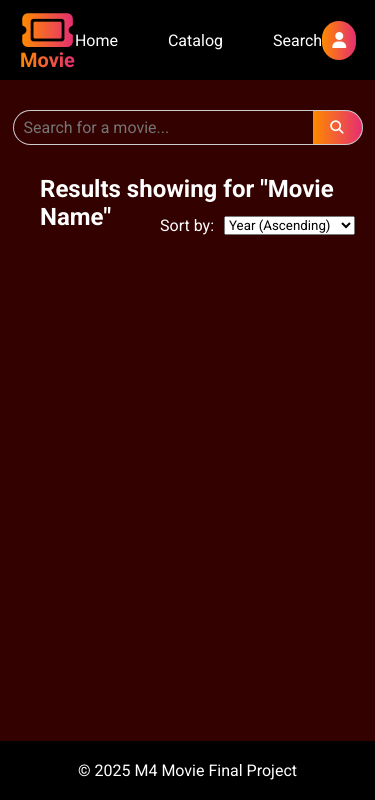
Repository: avivanguyen/m4_movie-FinalProject
Page: index.html
The author's editor kept a copy of each file at every save. The page is drawn from the files as they stood at one save, then again after a run of saves.
The browser window is 375 px wide. The pictures show the whole page.
Some web libraries are served in a nearby version.

Above is the page before, as saved 2025-12-30 08:06:19.

### index.html
<!DOCTYPE html>
<html lang="en">
<head>
    <meta charset="UTF-8">
    <meta name="viewport" content="width=device-width, initial-scale=1.0">
    <title>M4 Movie Final Project</title>
    <link rel="stylesheet" href="styles.css">
    <script src="script.js" defer></script>
    <script src="https://kit.fontawesome.com/2588cf0bac.js" crossorigin="anonymous"></script>
</head>
<body>
    <nav>
        <div class="logo">
            <i class="fa-solid fa-ticket logo__ticket"></i>
            <h1 class="logo__title">Movie</h1>
        </div>
        <ul class="nav-links">
            <li><a href="#">Home</a></li>
            <li><a href="#">Catalog</a></li>
            <li><a href="#">Search</a></li>
        </ul>
        <div class="login">
            <button>
                <a href="#">
                    <i class="fa-solid fa-user login__icon"></i>
                    <span class="login__text">Login</span>
                </a>
            </button>
        </div>
    </nav>
    <main>
        <section class="search-section">
            <input type="text" id="search-input" placeholder="Search for a movie..." onchange="onSearchMovie(event)">
            <button id="search-button"><i class="fa-solid fa-magnifying-glass"></i></button>
        </section>
        <section class="results__section">
            <div id="results__container">
                <div class="breadcrumb">
                    <h2>Results showing for "<span id="search-term">Movie Name</span>"</h2>
                </div>
                <div class="sort">
                    <label for="sort-select">Sort by:</label>
                    <select id="sort-select" onchange="onSortChange(event)">
                        <option value="year-ascending">Year (Ascending)</option>
                        <option value="year-descending">Year (Descending)</option>
                        <option value="title-ascending">Movie Title (A-Z)</option>
                        <option value="title-descending">Movie Title (Z-A)</option>
                    </select>
                </div>
                <div class="loading hidden">
                    <i class="fa fa-spinner fa-spin"></i>
                </div>
                <div class="movie">
                    <div class="movie-card hidden">
                        <div class="movie-card__container" onclick="toggleModal()">
                            <div class="movie__poster">
                                <img src="./assets/movie_poster-placeholder.png" alt="">
                            </div>
                            <div class="movie__title">Movie Title</div>
                            <div class="movie__year">20XX</div>
                        </div>
                    </div>
                    <!-- <div class="movie-card">
                        <div class="movie-card__container" onclick="toggleModal()">
                            <div class="movie__poster">
                                <img src="./assets/movie_poster-placeholder.png" alt="">
                            </div>
                            <div class="movie__title">Movie Title</div>
                            <div class="movie__year">20XX</div>
                        </div>
                    </div>
                    <div class="movie-card">
                        <div class="movie-card__container" onclick="toggleModal()">
                            <div class="movie__poster">
                                <img src="./assets/movie_poster-placeholder.png" alt="">
                            </div>
                            <div class="movie__title">Movie Title</div>
                            <div class="movie__year">20XX</div>
                        </div>
                    </div>
                    <div class="movie-card">
                        <div class="movie-card__container" onclick="toggleModal()">
                            <div class="movie__poster">
                                <img src="./assets/movie_poster-placeholder.png" alt="">
                            </div>
                            <div class="movie__title">Movie Title</div>
                            <div class="movie__year">20XX</div>
                        </div>
                    </div>
                    <div class="movie-card">
                        <div class="movie-card__container" onclick="toggleModal()">
                            <div class="movie__poster">
                                <img src="./assets/movie_poster-placeholder.png" alt="">
                            </div>
                            <div class="movie__title">Movie Title</div>
                            <div class="movie__year">20XX</div>
                        </div>
                    </div>
                    <div class="movie-card">
                        <div class="movie-card__container" onclick="toggleModal()">
                            <div class="movie__poster">
                                <img src="./assets/movie_poster-placeholder.png" alt="">
                            </div>
                            <div class="movie__title">Movie Title</div>
                            <div class="movie__year">20XX</div>
                        </div>
                    </div> -->
                </div>
            </div>
        </section>
        <div class="modal">
            <div class="modal__half modal__poster">
                <figure>
                    <img src="./assets/movie_poster-placeholder.png" alt="">
                </figure>
            </div>
            <div class="modal__half modal__description">
                <h2 class="modal__title">Movie Title</h2>
                <p class="modal__year">20XX</p>
                <p class="modal__plot">Lorem ipsum dolor sit amet, consectetur adipiscing elit. Sed do eiusmod tempor incididunt ut labore et dolore magna aliqua.</p>
                <ul class="modal__details">
                    <li><strong>Director:</strong> Director Name</li>
                    <li><strong>Actors:</strong> Actor 1, Actor 2, Actor 3</li>
                    <li><strong>Runtime:</strong> XX min</li>
                </ul>
                <button class="watch">Watch Now</button>
            </div>
            <button class="close-button" onclick="toggleModal()">Close</button>
        </div>
    </main>
    <footer>
        <p>&copy; 2025 M4 Movie Final Project</p>
    </footer>
</body>
</html>

### styles.css
@import url('https://fonts.googleapis.com/css2?family=Roboto:ital,wght@0,100..900;1,100..900&display=swap');

* {
    margin: 0;
    padding: 0;
    box-sizing: border-box;
    font-family: 'Roboto', sans-serif;
}

body {
    background-color: #340101;
    min-height: 100vh;
    display: flex;
    flex-direction: column; /*ensures footer stays at bottom*/
}

a {
    text-decoration: none;
}

li {
    list-style: none;
}

.hidden {
    display: none !important;
}

/*
NAVIGATION STYLES
*/
nav {
    display: flex;
    justify-content: space-between;
    align-items: center;
    flex-direction: row;
    background-color: black;
    width: 100%;
    padding: 15px 40px;
}

.logo {
    display: flex;
    align-items: center;
    flex-direction: column;
}

.logo__ticket,
.logo__title {
    background: linear-gradient(90deg, #ff8a00, #e52e71);
    background-clip: text;
    -webkit-background-clip: text;
    -webkit-text-fill-color: transparent;
}

.logo__ticket {
    font-size: 45px;
    margin-bottom: -5px;
}

.logo__title {
    font-size: 20px;
}

.nav-links {
    display: flex;
    flex-direction: row;
    gap: 100px;
}

.nav-links a {
    color: white;
    font-size: 16px;
    transition: color 300ms ease;
}

.nav-links a:hover,
.close-button:hover {
    color: #ff8a00;
}

.login button,
.modal button.watch {
    background: linear-gradient(90deg, #ff8a00, #e52e71);
    border: none;
    padding: 10px 25px;
    border-radius: 50px;
    color: white;
    font-size: 16px;
    cursor: pointer;
    transition: transform 300ms ease;
}
.login button:hover,
.modal button.watch:hover {
    transform: scale(1.1);
}

.login a {
    color: white;
}


/*
SEARCH STYLES
*/
.search-section {
    display: flex;
    justify-content: center;
    align-items: center;
    margin: 30px 0;
}

#search-input {
    width: 400px;
    height: 35px;
    padding: 0 10px;
    font-size: 16px;
    border: 1.5px solid #ccc;
    border-right: none;
    border-radius: 50px 0 0 50px;
    outline: none;
    background-color: transparent;
    color: white;
}

#search-button {
    height: 35px;
    width: 50px;
    outline: none;
    border-radius: 0 50px 50px 0;
    border: 1.5px solid #ccc;
    border-left: none;
    cursor: pointer;
    background: linear-gradient(90deg, #ff8a00, #e52e71);
    transition: all 300ms ease;
    position: relative;
}
#search-button:hover {
    background: transparent;
    border: 2px solid transparent;
    background-image: linear-gradient(#340101, #340101), linear-gradient(90deg, #ff8a00, #e52e71);
    background-origin: border-box;
    background-clip: padding-box, border-box;
}

.search-section #search-button i {
    color: white;
}

/*
LOADING STYLES
*/
.loading {
    justify-content: center;
    align-items: center;
    margin-top: 20px;
    opacity: 1;
    transition: opacity 500ms ease-in-out;
}

.loading:not(.hidden) {
    display: flex;
}

.loading.hidden {
    opacity: 0;
    transition: opacity 500ms ease-in-out 1000ms;
}

.fa-spinner {
    font-size: 35px;
    color: white;
}

/*
RESULTS STYLES
*/
.breadcrumb {
    color: white;
    margin-left: 20px;
    margin-bottom: 40px;
}

.sort label {
    color: white;
    margin-right: 10px;
}

.sort {
    display: flex;
    justify-content: flex-end;
    align-items: center;
    margin-top: -65px;
}

.results__section {
    margin: 0 60px;
}

.movie {
    width: 100%;
    height: auto;
    padding: 0 80px;
    margin-top: 20px;
    display: flex;
    flex-direction: row;
    flex-wrap: wrap;
    justify-content: center;
}

.movie-card {
    cursor: pointer;
    margin: 15px;
    width: 200px; /*makes sure all cards are same size and that the text doesn't overflow*/
    display: flex;
    flex-direction: row;
    flex-wrap: wrap;
    justify-content: center;
    transition: transform 300ms ease;
}
.movie-card:hover {
    transform: scale(1.05);
    background-color: #4d0d0d;
    border-radius: 8px;
    box-shadow: 0 6px 12px #4d0d0d;
}

.movie-card__container {
    padding: 4px 18px;
}

.movie__poster img {
    width: 200px;
    height: 300px;
    box-shadow: 0 4px 8px rgba(0, 0, 0, 0.2);
}

.movie__title,
.movie__year {
    color: white;
    text-align: center;
    margin-top: 2px;
}

/*
MODAL STYLES
*/
.modal {
    display: flex;
    position: fixed;
    top: 50%;
    left: 50%;
    transform: translate(-50%, -50%);
    width: 90%;
    max-width: 1100px;
    background-color: #4b3434;
    box-shadow: 0 6px 12px #4d0d0d;
    visibility: hidden;
    transition: visibility 400ms, z-index 300ms ease;
}

.modal--open .modal {
    display: flex;
    z-index: 50;
    box-shadow: 0 6px 12px #4d0d0d;
    visibility: visible;
}

.modal__half {
    display: flex;
    flex-direction: column;
    justify-content: center;
    position: relative;
}

.modal__poster img {
    width: 100%;
}

.modal__description {
    padding: 80px;
    color: white;
    line-height: 2.5;
}

.watch {
    margin-top: auto;
    width: 50%;
    display: flex;
    justify-content: center;
    align-items: center;
    margin-left: 100px;
}

.close-button {
    position: absolute;
    top: 15px;
    right: 30px;
    font-size: 20px;
    color: white;
    cursor: pointer;
    background-color: transparent;
    border: none;
}

/*
FOOTER STYLES
*/
footer {
    text-align: center;
    padding: 20px 0;
    background-color: black;
    color: white;
    margin-top: auto;
}


/*
RESPONSIVE STYLES
*/
@media (max-width: 768px) {
    .nav-links {
            gap: 75px;
        }

    #search-input {
        width: 300px;
    }

    .movie-card {
        margin: 15px;
    }

    .modal__description {
        padding: 40px;
        line-height: 2;
    }

    .modal__details {
        margin-bottom: 15px;
    }

    .close-button {
        font-size: 18px;
    }
}

@media (max-width: 480px) {
    nav {
        padding: 8px 20px;
    }
    .nav-links {
        gap: 50px;
    }

    .login__text {
        display: none;
    }
    .login button {
        padding: 10px;
    }

    .sort {
        margin-top: -55px;
    }

    .movie-card {
        margin: 8px;
    }
    .movie__poster img {
        width: 150px;
        height: auto;
    }
    .movie__title, .movie__year {
        font-size: 20px;
    }

    .results__section {
        margin: 0 20px;
    }
    .movie {
        padding: 0;
    }

    .modal {
        flex-direction: column;
    }
    .modal__description {
        padding: 18px;
        line-height: 1.8;
    }
    .modal__poster {
        display: flex;
        justify-content: center;
        align-items: center;
        text-align: center;
    }
    .modal__poster img {
        width: 50%;
    }
}

### script.js
//API key: 5aa2e87d
//base URL: https://www.omdbapi.com/?apikey=5aa2e87d&s=MOVIE_NAME_HERE

//Modal functionality
let isModalOpen = false;

function toggleModal() {
  if (isModalOpen) {
    isModalOpen = !isModalOpen;
    return document.body.classList.remove("modal--open");
  }
  isModalOpen = true;
  document.body.classList += " modal--open";
}

//Search functionality
async function onSearchMovie(event) {
  const searchMovie = event.target.value;

  if (!searchMovie) return;

  //breadcrumb
  document.getElementById("search-term").textContent = searchMovie;

  const movieContainer = document.querySelector(".movie");
  const loadingSpinner = document.querySelector(".loading");

  loadingSpinner.classList.remove("hidden");

  // Fetch movies from API
  const response = await fetch(
    `https://www.omdbapi.com/?apikey=5aa2e87d&s=${searchMovie}`
  );
  const data = await response.json();

  loadingSpinner.classList.add("hidden");

  if (data.Response === "True") {
    movieContainer.innerHTML = data.Search
    .slice(0, 6) // Limit to first 6 results//
      .map((movie) => movieCardHtml(movie))
      .join("");
  } else {
    movieContainer.innerHTML = `<div class="breadcrumb">
            <h2>Results showing for "<span id="search-term">${searchMovie}</span>"</h2>
        </div>`;
  }
}

//Movie card results
function movieCardHtml(movie) {
  return `
    <div class="movie-card">
        <div class="movie-card__container" onclick="toggleModal()">
            <div class="movie__poster">
                <img src="${
                  movie.Poster !== "N/A"
                    ? movie.Poster
                    : "./assets/movie_poster-placeholder.png"
                }" alt="">
            </div>
            <div class="movie__title">${movie.Title}</div>
            <div class="movie__year">${movie.Year}</div>
        </div>
    </div>`;
}

// //Movie modal results
// async function movieModalHtml(imdbID) {
//   toggleModal();
//   const response = await fetch(
//     `https://www.omdbapi.com/?apikey=5aa2e87d&i=${imdbID}`
//   );
//   const movie = await response.json();

//   document.querySelector(".modal__poster img").src =
//     movie.Poster !== "N/A"
//       ? movie.Poster
//       : "./assets/movie_poster-placeholder.png";
//   document.querySelector(".modal__title").textContent = movie.Title;
//   document.querySelector(".modal__year").textContent = movie.Year;
// }
// function movieModalHtml(movie) {
//   return `
//     <div class="modal">
//             <div class="modal__half modal__poster">
//                 <figure>
//                     <img src="${
//                       movie.Poster !== "N/A"
//                         ? movie.Poster
//                         : "./assets/movie_poster-placeholder.png"
//                     }" alt="">
//                 </figure>
//             </div>
//             <div class="modal__half modal__description">
//                 <h2 class="modal__title">${movie.Title}</h2>
//                 <p class="modal__year">${movie.Year}</p>
//                 <p class="modal__plot">Lorem ipsum dolor sit amet, consectetur adipiscing elit. Sed do eiusmod tempor incididunt ut labore et dolore magna aliqua.</p>
//                 <ul class="modal__details">
//                     <li><strong>Director:</strong> Director Name</li>
//                     <li><strong>Actors:</strong> Actor 1, Actor 2, Actor 3</li>
//                     <li><strong>Runtime:</strong> XX min</li>
//                 </ul>
//                 <button class="watch">Watch Now</button>
//             </div>
//             <button class="close-button" onclick="toggleModal()">Close</button>
//         </div>`;
// }

After the next 2 saves:
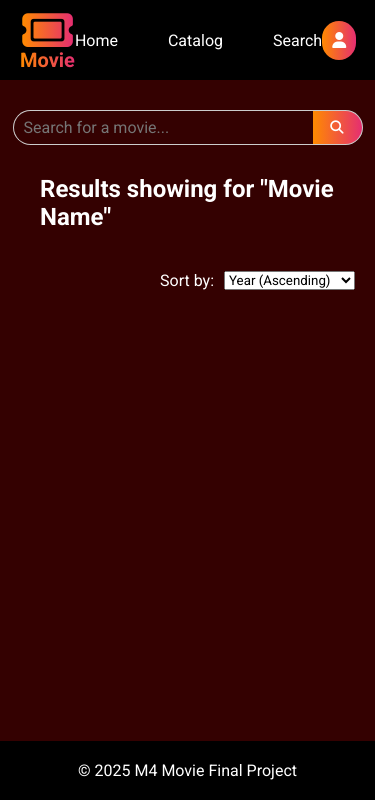
The 2 saves are shown as one change because they came seconds apart.
The last was saved 9 s later.
--- a/styles.css
+++ b/styles.css
@@ -361,7 +361,7 @@ RESPONSIVE STYLES
     }
 
     .sort {
-        margin-top: -55px;
+        margin-top: 10px;
     }
 
     .movie-card {
